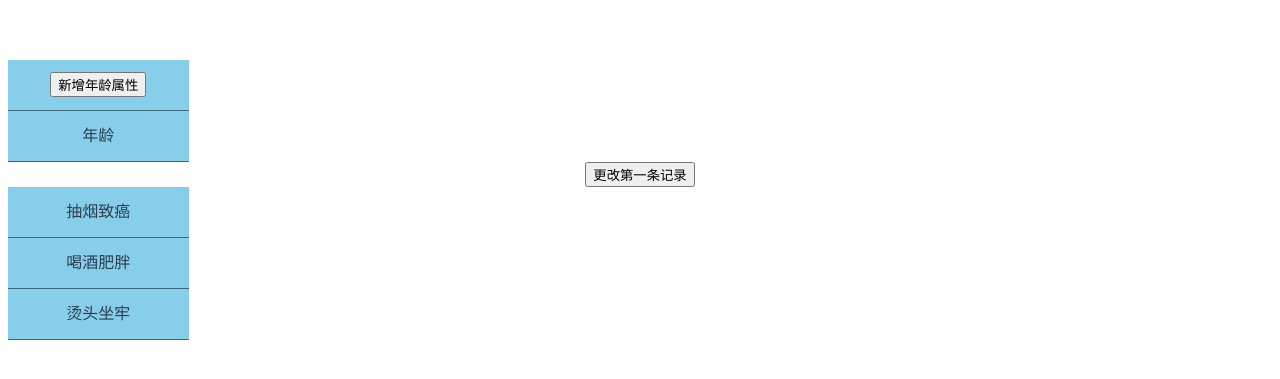
Repository: sunboxsoft/vue-key_Vue.set_parser-babylon
Page: /#/ComprehensicePractise
These files come from the project's save history. The page is drawn as it stood at one moment and after the next save; the edit follows.
The browser window is 1280 px wide. The pictures show the whole page.
The project was rebuilt for these pictures with package versions that can differ from the ones it lists, and the page was loaded fresh each time. Also part of the build but not shown: src/components/HelloWorld.vue.

Above is the page before, as saved 2022-05-14 07:35:57.

### index.html
<!DOCTYPE html>
<html>
  <head>
    <meta charset="utf-8">
    <meta name="viewport" content="width=device-width,initial-scale=1.0">
    <title>vue-key</title>
  </head>
  <body>
    <div id="app"></div>
    <!-- built files will be auto injected -->
  </body>
</html>

### src/router/index.js
import Vue from 'vue'
import Router from 'vue-router'
import HelloWorld from '@/components/HelloWorld'
import CaculateRate from '@/components/CaculateRate'
import ComprehensicePractise from '@/components/ComprehensicePractise'
Vue.use(Router)

export default new Router({
    routes: [{
        path: '/',
        name: 'HelloWorld',
        component: HelloWorld
    }, {
        path: '/CaculateRate',
        name: 'CaculateRate',
        component: CaculateRate
    }, {
        path: '/ComprehensicePractise',
        name: 'ComprehensicePractise',
        component: ComprehensicePractise
    }]
})

### src/components/CaculateRate.vue
<template>
  <section class="CaculateRate">
    <ul>
      <li>File</li>
      <li>code</li>
      <li>comment</li>
      <li>blank</li>
      <li>total</li>
      <li>comment Rate</li>
      <li>comment Absent</li>
      <template v-for="item in dataSource">
        <li v-for="(itemChild, index) in Object.keys(item)" :key="index">
          <input
            v-if="['comment', 'total'].indexOf(itemChild) >= 0"
            type="text"
            v-model="item[itemChild]"
          />
          <template v-else> {{ item[itemChild] }}</template>
        </li>
        <li>
          {{ toPercent(item.comment / item.total) }}
        </li>
        <li :class="[{'red':item.comment / item.total<0.15}]">
          {{ Math.ceil((0.15 - item.comment / item.total) * item.total)>0?Math.ceil((0.15 - item.comment / item.total) * item.total) :0}}
        </li>
      </template>
    </ul>
  </section>
</template>

<script>
export default {
  name: "CaculateRate",
  data() {
    return {
      dataSource: [
        {
          File: "VFormDesignerModal.vue",
          code: 181,
          comment: 25,
          blank: 0,
          total: 206
        }
      ]
    };
  },
  components: {},
  watch: {},
  mounted() {},
  methods: {
    toPercent(point) {
      var percent = Number(point * 100).toFixed(2);
      percent += "%";
      return percent;
    }
  }
};
</script>

<style>
ul {
  list-style: none;
  padding: 0;
  margin: 0;
  display: flex;
  flex-wrap: wrap;
}
li:nth-child(-n + 7) {
  background-color: skyblue;
}
li {
  width: calc(100% / 7);
  line-height: 50px;
  border-bottom: 1px solid rgb(0, 0, 0, 0.5);
}
.red {
  color: red;
}
</style>

### src/components/ComprehensicePractise.vue
<template>
  <section class="ComprehensicePractise">
      <ul>
          <li><button @click="addAge">新增年龄属性</button></li>
          <li>年龄{{ student.age }}</li>
      </ul>


    <button @click="changeOneRecord">更改第一条记录</button>
    <ul>
      <li v-for="item in student.hobby" :key="item">
        {{ item }}
      </li>
    </ul>
  </section>
</template>

<script>
export default {
  name: "ComprehensicePractise",
  data() {
    return {
      student: {
        hobby: ["抽烟致癌", "喝酒肥胖", "烫头坐牢"]
      }
    };
  },
  components: {},
  watch: {},
  mounted() {},
  methods: {
    changeOneRecord() {
      //this.hobby[0]='学习'  //不生效
      // 方法一
      //this.hobby.splice(0,1,'学习')
      // 方法二
      this.$set(this.student.hobby, 0, "学习");
    },
    addAge() {
      this.$set(this.student, "age", 88);
    }
  }
};
</script>

<style>
ul {
  list-style: none;
  padding: 0;
  margin: 0;
  display: flex;
  flex-direction: column;
}
li {
  flex: 1;
  line-height: 50px;
}
</style>

Loaded but not shown: src/main.js (common file); src/App.vue (common file)

After the next save:
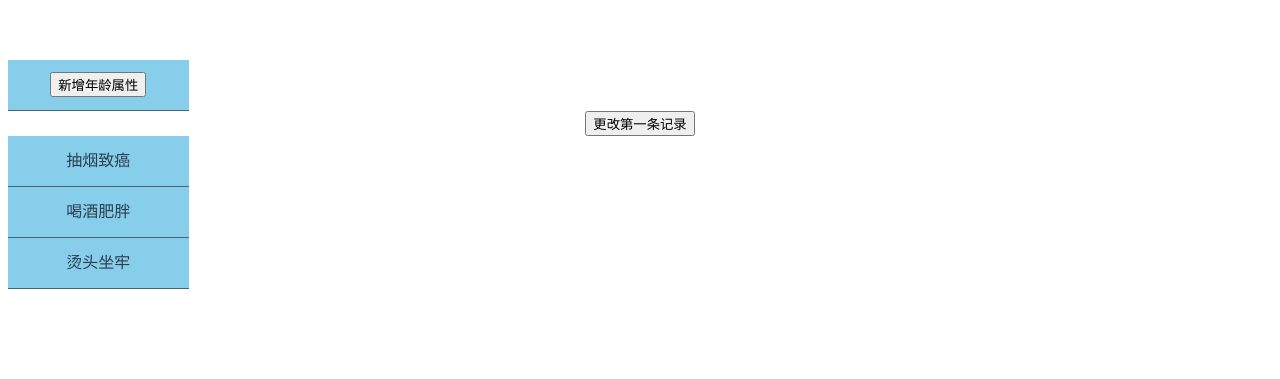
Saved 19 s later.
--- a/src/components/ComprehensicePractise.vue
+++ b/src/components/ComprehensicePractise.vue
@@ -2,7 +2,7 @@
   <section class="ComprehensicePractise">
       <ul>
           <li><button @click="addAge">新增年龄属性</button></li>
-          <li>年龄{{ student.age }}</li>
+          <li v-if="student.age">年龄{{ student.age }}</li>
       </ul>
 
 
